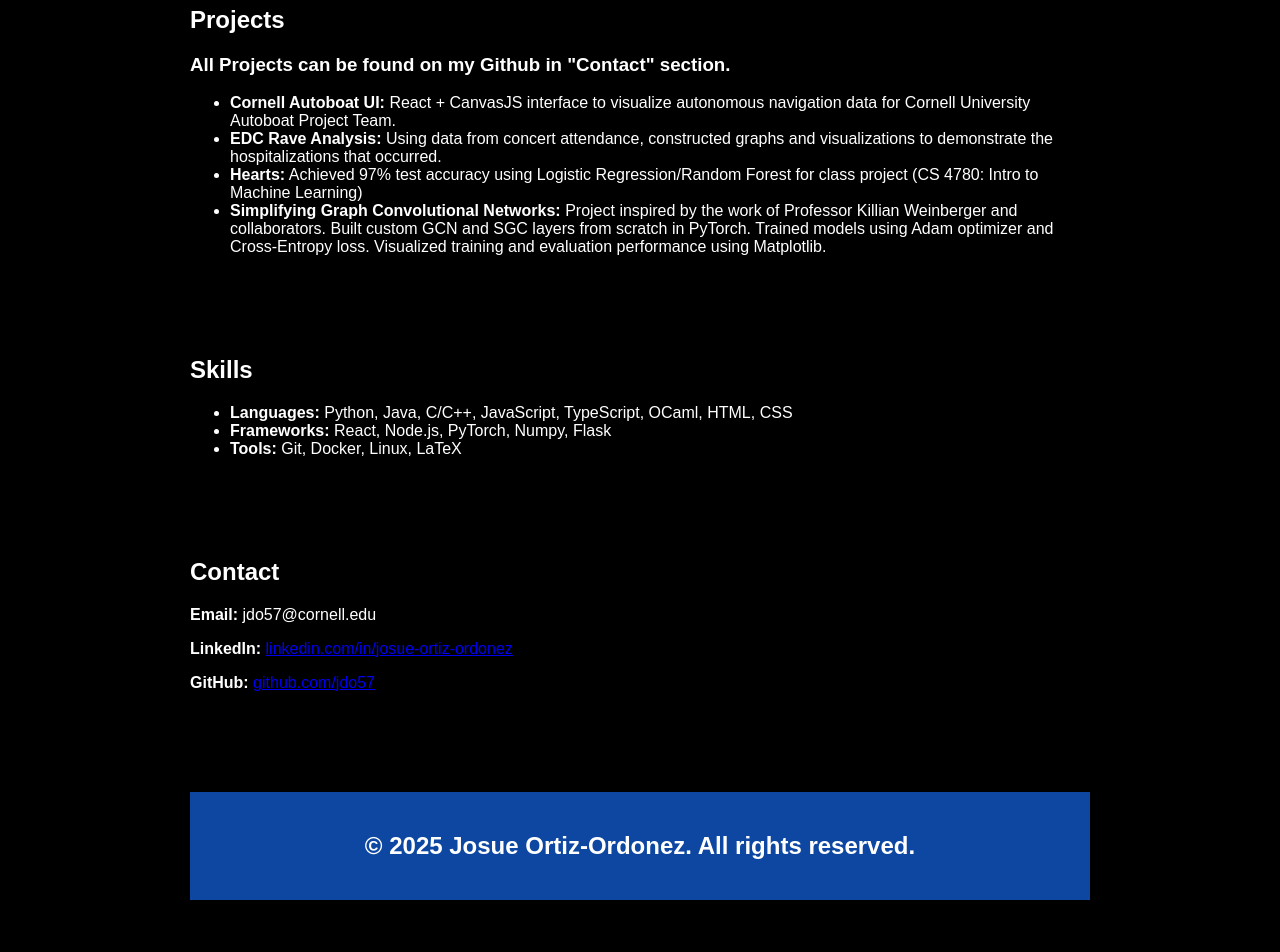
Repository: jdo57/Website
Page: index.html
These files come from the project's save history. The page is drawn as it stood at one moment and after the next save; the edit follows.
The browser window is 1280 px wide. The pictures show the part of the page from y = 1307 to 2259 px (the page is 2259 px tall before and 2213 px after).
A picture or video elsewhere on the page could not be fetched, so the positions and the page height are approximate.

Above is the page before, as saved 2025-05-26 21:48:19.

After the next save:
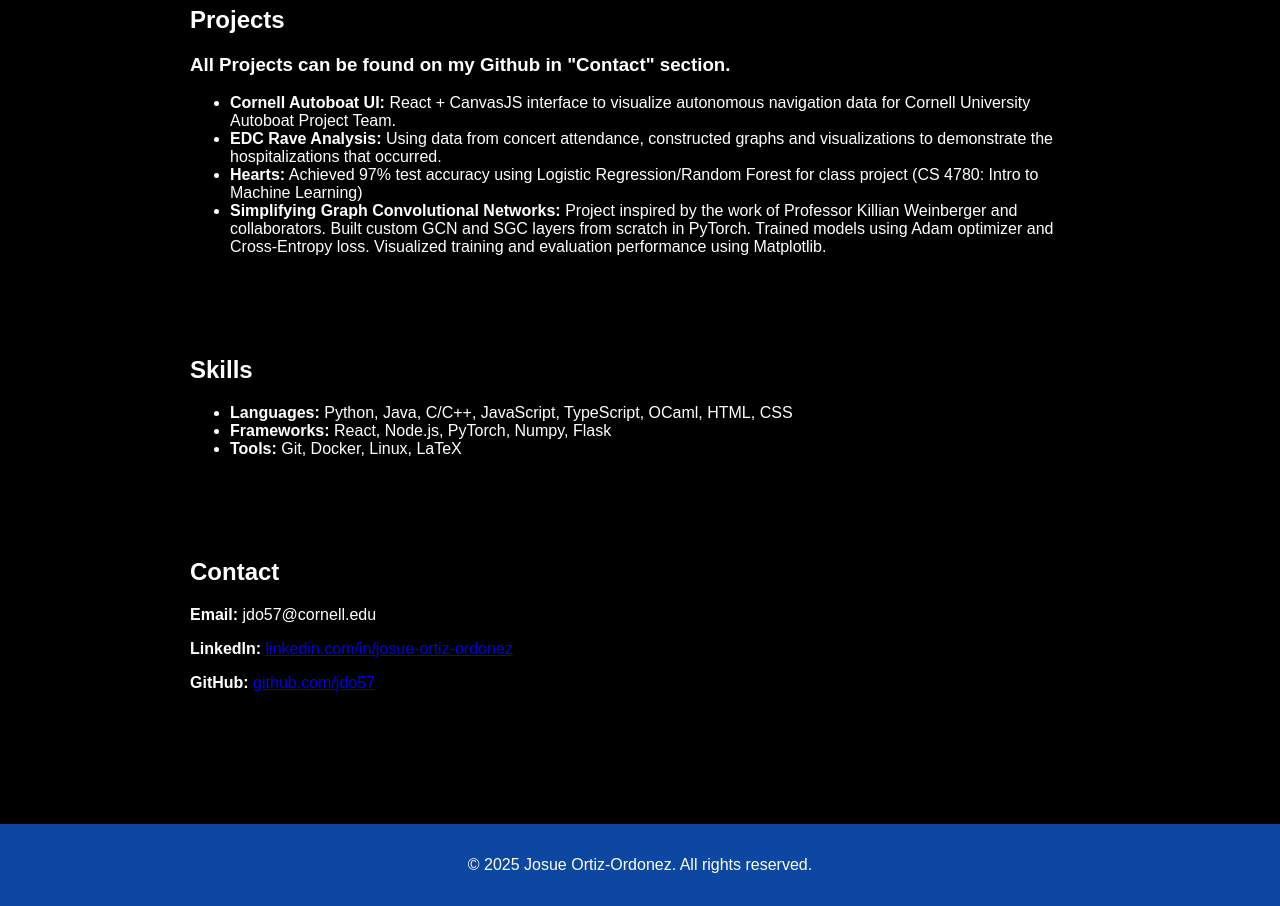
Saved 4 s later.
--- a/index.html
+++ b/index.html
@@ -141,7 +141,7 @@
   </section>
 
   <section id ="more">
-    <h2
+    <h2 More ></h2>
 
   </section>
 
